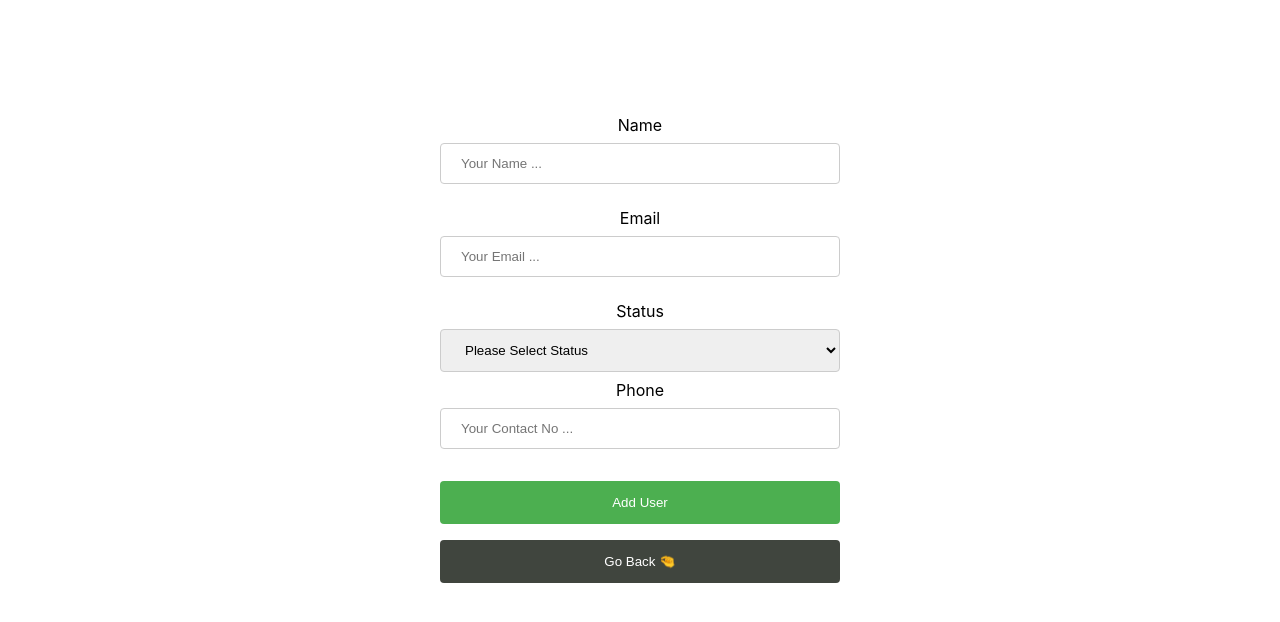
Repository: fdhhhdjd/Redux-Toolkit-CURD-Firebase
Page: /add
An editor plug-in stored every save of this project. The page is shown before and after the next save, followed by the edit.
The browser window is 1280 px wide. The pictures show the whole page.
The project was rebuilt for these pictures with package versions that can differ from the ones it lists, and the page was loaded fresh each time. Also part of the build but not shown: src/Styles/Home.css, src/Component/Moments.js, src/Component/Home.js, src/Styles/View.css, src/Component/View.js.

Above is the page before, as saved 2021-10-25 14:34:10.

### src/index.js
import React from "react";
import ReactDOM from "react-dom";
import "./index.css";
import App from "./App";
import store from "./Redux/Store";
import { Provider } from "react-redux";
import * as serviceWorker from "./serviceWorker";
import { ToastContextProvider } from "./ToastContext/ToastContext";

ReactDOM.render(
  <React.StrictMode>
    <Provider store={store}>
      <ToastContextProvider>
        <App />
      </ToastContextProvider>
    </Provider>
  </React.StrictMode>,
  document.getElementById("root")
);

// If you want your app to work offline and load faster, you can change
// unregister() to register() below. Note this comes with some pitfalls.
// Learn more about service workers: https://bit.ly/CRA-PWA
serviceWorker.unregister();

### src/App.js
import React from "react";
import "./App.css";
import { BrowserRouter, Switch, Route } from "react-router-dom";
import { ToastContainer } from "react-toastify";
import "react-toastify/dist/ReactToastify.css";
import { Home, View, AddEdit } from "./import/Index";
function App() {
  return (
    <>
      <BrowserRouter>
        <div className="App">
          <ToastContainer position="top-center" />
          <Switch>
            <Route exact path="/" component={Home} />
            <Route path="/add" component={AddEdit} />
            <Route path="/update/:id" component={AddEdit} />
            <Route path="/view/:id" component={View} />
          </Switch>
        </div>
      </BrowserRouter>
    </>
  );
}

export default App;

### src/Redux/Store.js
import { configureStore, createStore } from "@reduxjs/toolkit";
import logger from "redux-logger";
import thunk from "redux-thunk";
import { composeWithDevTools } from "redux-devtools-extension";
import ContactReducer from "./ContactSlice";
const middleware = [thunk];
if (process.env.NODE_ENV === "development") {
  middleware.push(logger);
}
const store = configureStore({
  reducer: {
    todos: ContactReducer,
    middleware: [logger],
  },
});

export default store;

### src/ToastContext/ToastContext.js
import React, { useState, createContext, useEffect, useRef } from "react";
export const ToastContext = createContext();
export const ToastContextProvider = ({ children }) => {
  const [list, setList] = useState([]);
  let toastProperties = null;
  const showToast = (type) => {
    switch (type) {
      case "success":
        toastProperties = {
          id: list.length + 1,
          title: "Success",
          icon: "fas fa-check-circle",
          description: "Add user Success 😊",
          backgroundColor: "toast--success",
        };
        break;
      case "danger":
        toastProperties = {
          id: list.length + 1,
          title: "Danger",
          description: "Thất bại",
          backgroundColor: "toast--error",
          button: "btn btn--danger",
          json: "fas fa-exclamation-triangle",
        };
        break;
      case "info":
        toastProperties = {
          id: list.length + 1,
          title: "Info",
          description: "Khá thành công",
          backgroundColor: "toast--info",
          json: "fas fa-info",
        };
        break;
      case "warning":
        toastProperties = {
          id: list.length + 1,
          title: "Warning",
          description: "Gần thất bại",
          backgroundColor: "toast--warning",
          json: "fas fa-radiation-alt",
        };
        break;
      default:
        toastProperties = [];
    }
    setList([...list, toastProperties]);
  };
  const data = { list, setList, showToast };

  return <ToastContext.Provider value={data}>{children}</ToastContext.Provider>;
};

### src/import/Index.js
export { default as Home } from "../Component/Home";
export { default as AddEdit } from "../Component/AddEdit";
export { default as View } from "../Component/View";

### src/Redux/ContactSlice.js
import { createSlice, createAsyncThunk } from "@reduxjs/toolkit";
import { v4 as uuidv4 } from "uuid";
import { nanoid } from "nanoid";
const initialState = {
  contacts: [
    {
      id: 1,
      name: "Nguyễn Tiến Tài",
      email: "nguyentientai10@gmai.com",
      phone: "0798805741",
      status: "Active",
    },
    {
      id: 2,
      name: "Nguyễn Hữu Quyền",
      email: "huuquyen2000@gmail.com",
      phone: "09658235656",
      status: "Inactive",
    },
    {
      id: 3,
      name: "Nguyễn Bảo Khang",
      email: "jbaokhangdesigner@gmail.com",
      phone: "0353263452",
      status: "Active",
    },
    {
      id: 4,
      name: "Bùi Huỳnh Quốc Trung	",
      email: "quoctrung@gmail.com",
      phone: "0348561815",
      status: "Inactive",
    },
    {
      id: 5,
      name: "Trần Phi Hoàng",
      email: "phihoang1@gmail.com",
      phone: "0936095986",
      status: "Active",
    },
  ],
  contact: {
    name: "",
    email: "",
    phone: "",
    status: "",
  },
  filter: "All",
};
const TodoSlice = createSlice({
  name: "todos",
  initialState,
  reducers: {
    getContact: (state, action) => {
      state.contact = state.contacts.find((item) => item.id == action.payload);
    },
    addContact: (state, action) => {
      const newData = { ...action.payload, id: uuidv4() };
      state.contacts = [...state.contacts, newData];
    },
    deleteContact: (state, action) => {
      state.contacts = state.contacts.filter(
        (item) => item.id !== action.payload
      );
    },
    updateContact: (state, action) => {
      state.contacts = state.contacts.map((item) =>
        item.id === action.payload.id ? action.payload : item
      );
    },
    setFilter: (state, action) => {
      state.filter = action.payload;
    },
  },
});
const ContactReducer = TodoSlice.reducer;
export const {
  addContact,
  deleteContact,
  getContact,
  updateContact,
  setFilter,
} = TodoSlice.actions;
export const GetTodo = (state) => state.todos;
export default ContactReducer;

### src/Component/AddEdit.js
import React, { useEffect, useState } from "react";
import {
  addContact,
  getContact,
  GetTodo,
  updateContact,
} from "../Redux/ContactSlice";
import "../Styles/AddEdit.css";
import { toast } from "react-toastify";
import { useDispatch, useSelector } from "react-redux";
import { Link, useHistory, useParams } from "react-router-dom";
import { useForm, Controller } from "react-hook-form";
const initialState = {
  name: "",
  email: "",
  phone: "",
  status: "",
};
const AddEdit = () => {
  const [state, setState] = useState(initialState);
  const dispatch = useDispatch();
  const history = useHistory();
  const { id } = useParams();
  const { name, email, phone, status } = state;
  const { contact } = useSelector(GetTodo);
  const {
    register,
    formState: { errors },
    handleSubmit,
    watch,
  } = useForm({
    mode: "all",
  });
  const handleSubmit1 = (e, data) => {
    if (!id) {
      dispatch(addContact(state), toast.success("Add user Success 😊"));
    } else {
      dispatch(updateContact(state), toast.success("Edit user Success 👌 "));
    }
    setTimeout(() => {
      history.push("/");
    }, 500);
    // }
  };
  const handleInputChange = (e) => {
    let { name, value } = e.target;
    setState({ ...state, [name]: value });
  };
  const handleDropdownChange = (e) => {
    const { name, value } = e.target;
    setState({ ...state, [name]: value });
  };
  useEffect(() => {
    dispatch(getContact(id));
    setState({ ...contact });
  }, [id, contact]);
  return (
    <>
      <div style={{ marginTop: "100px" }}>
        <form
          style={{
            margin: "auto",
            padding: "15px",
            maxWidth: "400px",
            alignContent: "center",
          }}
          onSubmit={handleSubmit(handleSubmit1)}
        >
          <label htmlFor="name">Name</label>
          <input
            type="text"
            id="name"
            placeholder="Your Name ..."
            value={name || ""}
            {...register("name", { required: true, maxLength: 20 })}
            name="name"
            onChange={handleInputChange}
          />
          <p style={{ color: "red" }}>
            {errors.name?.type === "required" && "Please Enter Name ?"}
            {errors?.name?.type === "maxLength" && (
              <p>First name cannot exceed 20 characters</p>
            )}
          </p>
          <label htmlFor="email">Email</label>
          <input
            type="email"
            id="email"
            value={email || ""}
            placeholder="Your Email ..."
            {...register("email", {
              required: true,
              pattern: /^\S+@\S+$/i,
            })}
            name="email"
            onChange={handleInputChange}
          />
          <p style={{ color: "red" }}>
            {errors.email?.type === "required" && "Please Enter Email "}
            {errors?.email?.type === "pattern" && "Email Invalid"}
          </p>

          <label htmlFor="status">Status</label>
          <select
            className="dropdown"
            name="status"
            onChange={handleDropdownChange}
          >
            <option>Please Select Status</option>
            <option value="Active" selected={status === "Active" ? status : ""}>
              Active
            </option>
            <option
              value="Inactive"
              selected={status === "Inactive" ? status : ""}
            >
              Inactive
            </option>
          </select>
          <label htmlFor="phone">Phone</label>
          <input
            type="text"
            id="phone"
            placeholder="Your Contact No ..."
            value={phone || ""}
            {...register("phone", { required: true, min: 18, max: 99 })}
            onChange={handleInputChange}
          />
          <p style={{ color: "red" }}>
            {errors.phone?.type === "required" &&
              "Please Phone and Correct Number"}
          </p>
          {id ? (
            <input type="submit" value="Edit User" />
          ) : (
            <input type="submit" value="Add User" />
          )}
          <Link to="/">
            <input type="button" value="Go Back 🤏" />
          </Link>
        </form>
      </div>
    </>
  );
};

export default AddEdit;

### src/Styles/AddEdit.css
input[type="text"],
input[type="email"],
input[type="number"],
select {
  width: 100%;
  padding: 12px 20px;
  margin: 8px 0;
  display: inline-block;
  border: 1px solid #ccc;
  border-radius: 4px;
  box-sizing: border-box;
}

input[type="submit"] {
  width: 100%;
  background-color: #4caf50;
  color: white;
  padding: 14px 20px;
  margin: 8px 0;
  border: none;
  border-radius: 4px;
  cursor: pointer;
}

input[type="button"] {
  width: 100%;
  background-color: #40453e;
  color: white;
  padding: 14px 20px;
  margin: 8px 0;
  border: none;
  border-radius: 4px;
  cursor: pointer;
}

input[type="submit"]:hover {
  background-color: #45a049;
}

.dropdown {
  width: 100%;
}

Loaded but not shown: public/index.html (common file); src/index.css (common file); src/serviceWorker.js (common file); src/App.css (common file)

After the next save:
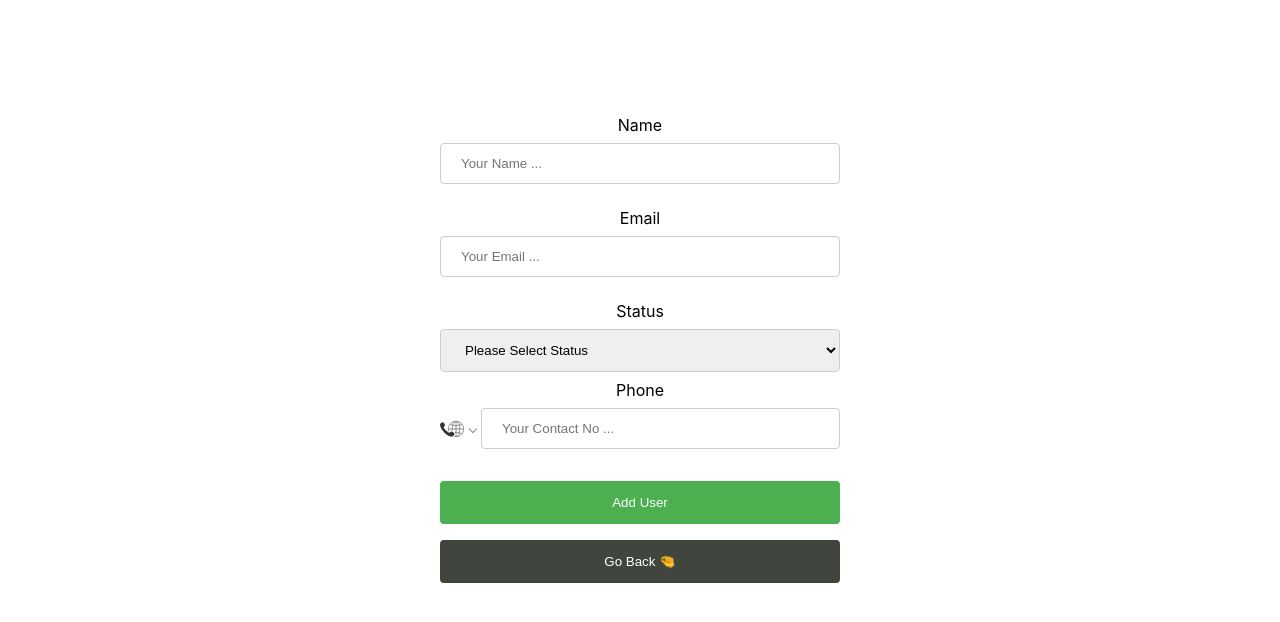
Saved 44 s later.
--- a/src/Component/AddEdit.js
+++ b/src/Component/AddEdit.js
@@ -10,6 +10,8 @@ import { toast } from "react-toastify";
 import { useDispatch, useSelector } from "react-redux";
 import { Link, useHistory, useParams } from "react-router-dom";
 import { useForm, Controller } from "react-hook-form";
+import "react-phone-number-input/style.css";
+import PhoneInput from "react-phone-number-input";
 const initialState = {
   name: "",
   email: "",
@@ -118,7 +120,7 @@ const AddEdit = () => {
             </option>
           </select>
           <label htmlFor="phone">Phone</label>
-          <input
+          <PhoneInput
             type="text"
             id="phone"
             placeholder="Your Contact No ..."
